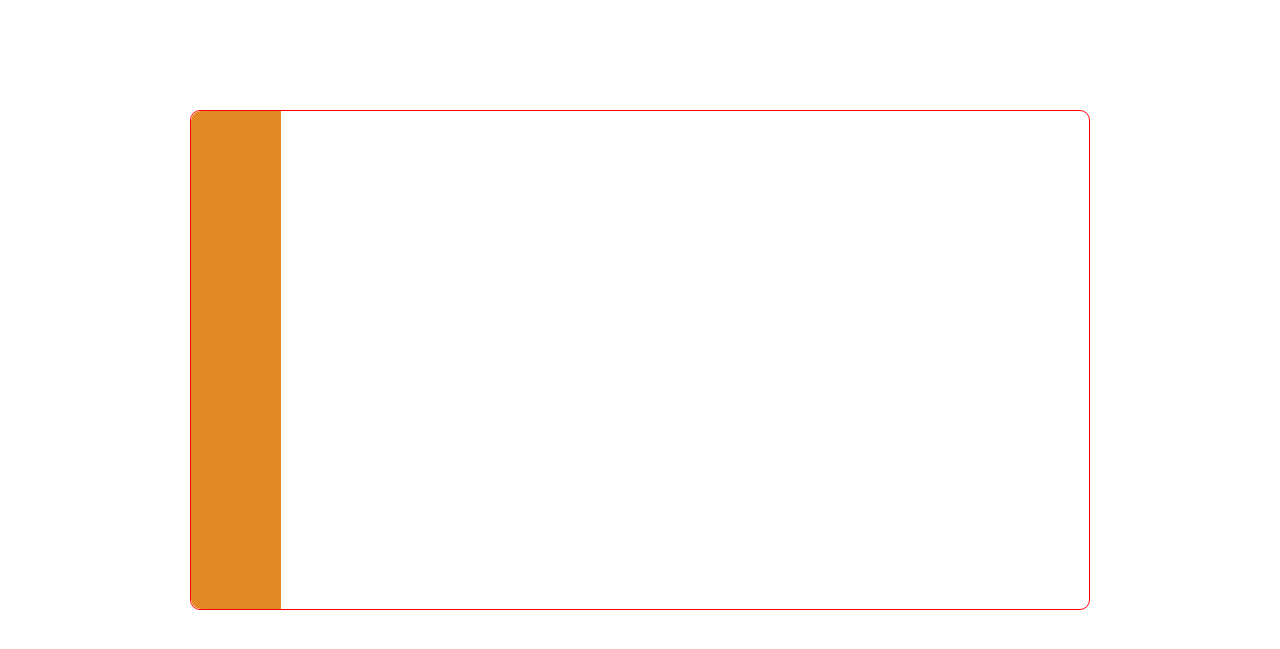
Repository: KamoliddinGIT/column-preview-card
Page: index.html
An editor plug-in stored every save of this project. The page is shown before and after the next save, followed by the edit.
The browser window is 1280 px wide. The pictures show the whole page.

Above is the page before, as saved 2023-09-15 16:27:17.

### index.html
<!DOCTYPE html>
<html lang="en">
  <head>
    <meta charset="UTF-8" />
    <meta name="viewport" content="width=device-width, initial-scale=1.0" />
    <link
      rel="icon"
      type="image/png"
      sizes="32x32"
      href="./images/favicon-32x32.png"
    />
    <link rel="stylesheet" href="./css/style.css" />
    <title>3-column preview card component</title>
  </head>
  <body>
    <div class="container">
      <div class="card__1"></div>
      <div class="card 2"></div>
      <div class="card 3"></div>
    </div>
  </body>
</html>

### css/style.css
* {
  margin: 0;
  padding: 0;
  box-sizing: border-box;
}

body {
  display: flex;
  justify-content: center;
  align-items: center;
  width: 100%;
  height: 100vh;
}

.container {
  display: flex;
  flex-direction: row;
  border-radius: 10px;
  width: 900px;
  height: 500px;
  color: hsla(0, 0%, 100%, 0.75);
  border: 1px solid red;
}

.card__1 {
  background-color: hsl(31, 77%, 52%);
  border-top-left-radius: 10px;
  border-bottom-left-radius: 10px;
  padding: 45px;
}

After the next save:
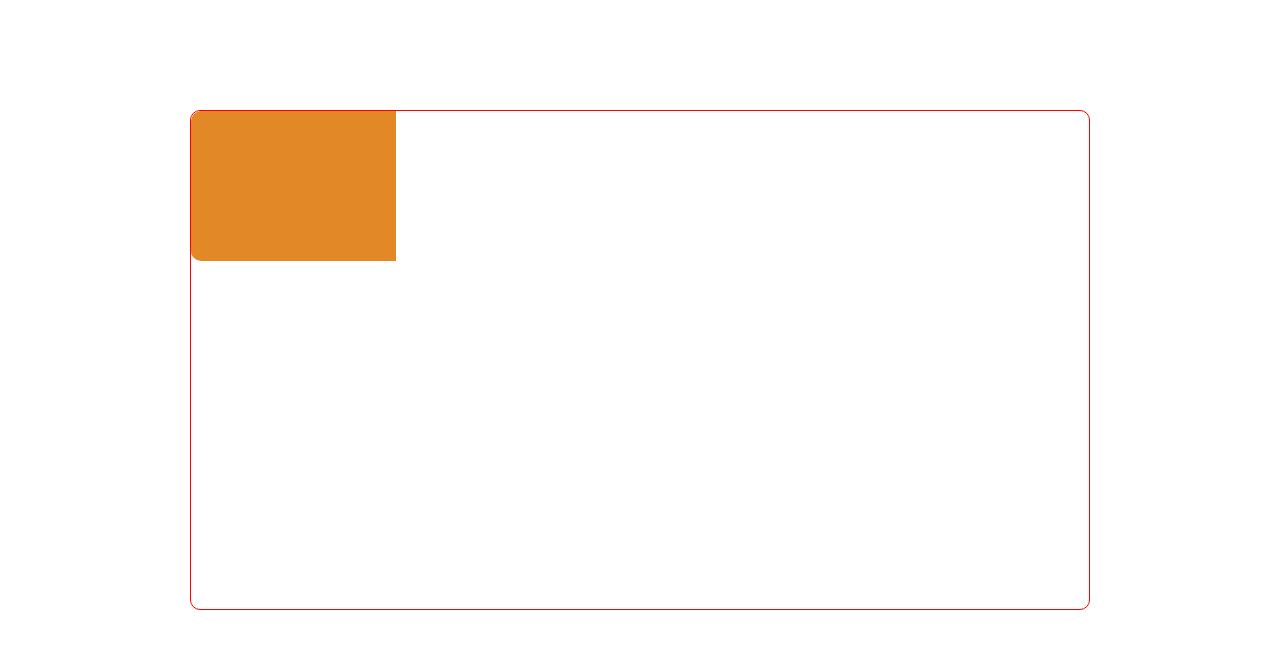
Saved 13 s later.
--- a/css/style.css
+++ b/css/style.css
@@ -23,6 +23,8 @@ body {
 }
 
 .card__1 {
+  width: 205px;
+  height: 150px;
   background-color: hsl(31, 77%, 52%);
   border-top-left-radius: 10px;
   border-bottom-left-radius: 10px;
